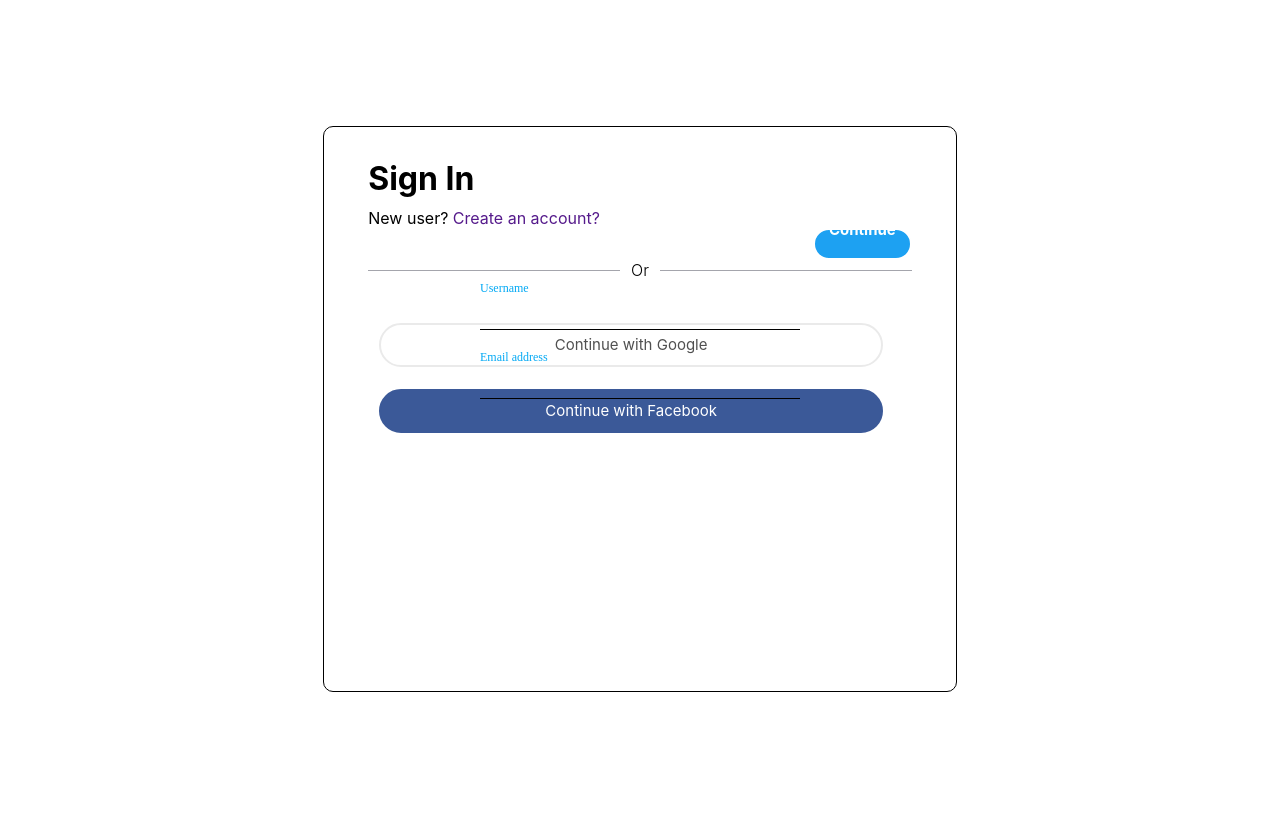
Repository: thangluu93/WereWolf
Page: Template/signIn.html
An editor plug-in stored every save of this project. The page is shown before and after the next save, followed by the edit.
The browser window is 1280 px wide. The pictures show the whole page.

Above is the page before, as saved 2020-01-13 16:43:39.

After the next save:
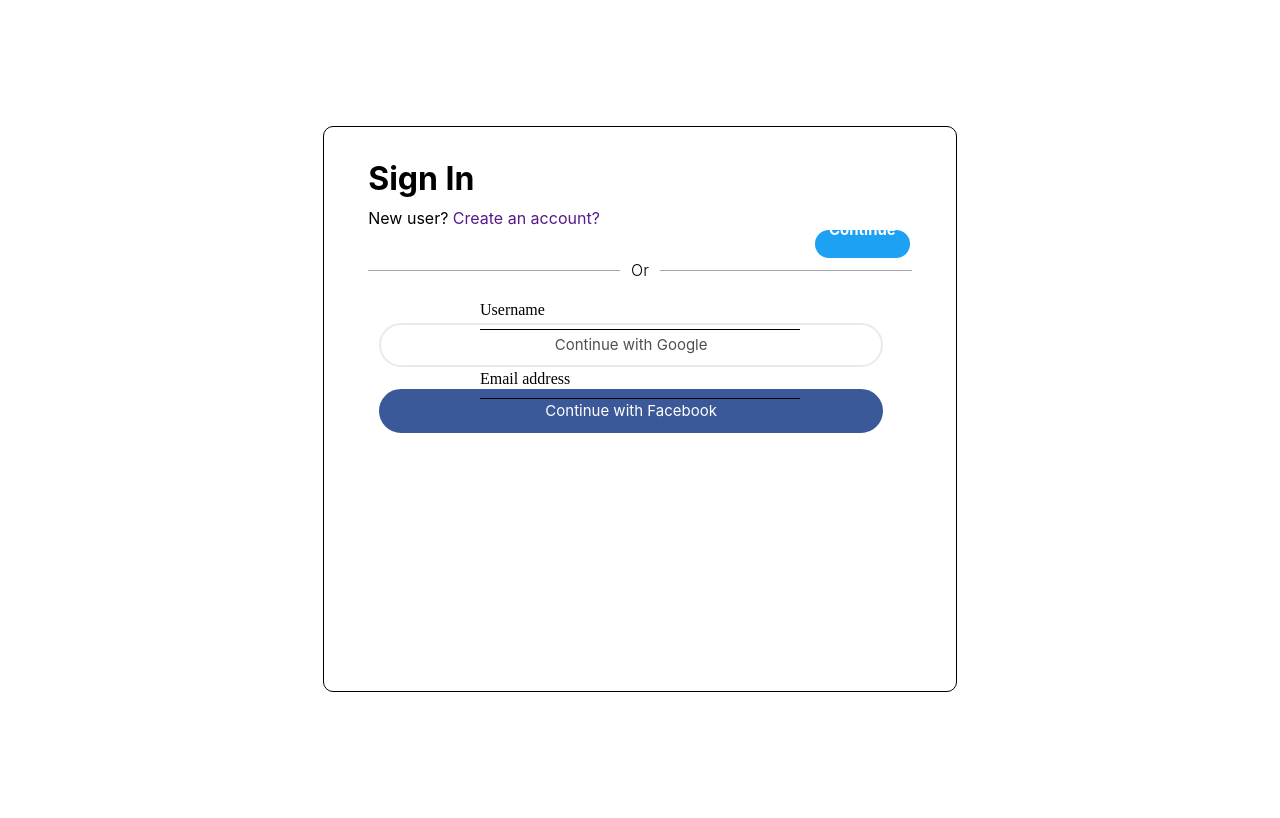
Saved 52 s later.
--- a/Stylesheet/signInStyle.css
+++ b/Stylesheet/signInStyle.css
@@ -226,7 +226,7 @@
     transition: 1s;
 }
 
-.box .inputBox .field:valid ~ label, .box .inputBox .field:focus ~ label {
+.box .inputBox label:valid ~ .field, .box .inputBox .field:focus ~ label {
     top: -20px;
     left: 0;
     color: #03a9f4;

After the 5 saves that followed:
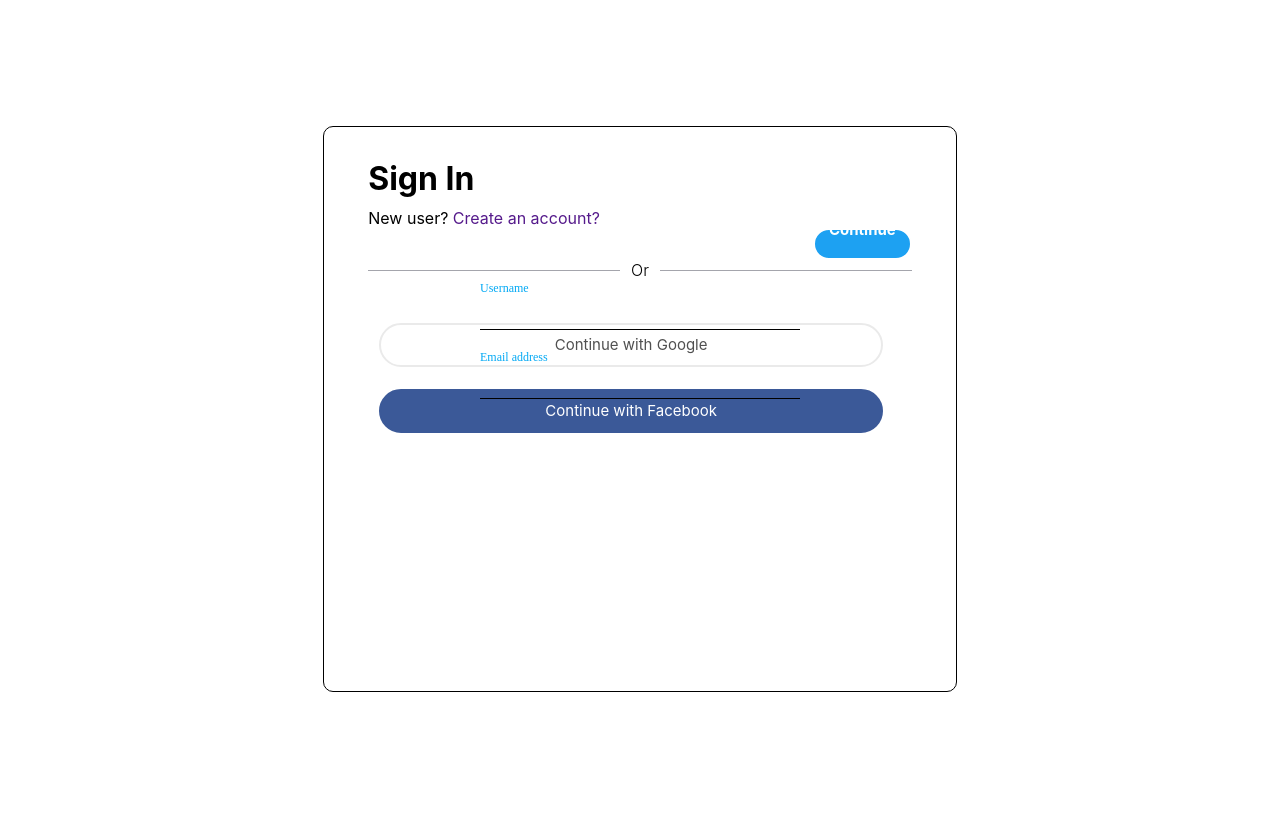
The 5 saves are shown as one change because 4 left the picture as it was.
The last was saved 2 min 0 s later.
--- a/Stylesheet/signInStyle.css
+++ b/Stylesheet/signInStyle.css
@@ -226,7 +226,7 @@
     transition: 1s;
 }
 
-.box .inputBox label:valid ~ .field, .box .inputBox .field:focus ~ label {
+.box .inputBox .field:valid ~ label,.box .inputBox .field:focus ~ label{
     top: -20px;
     left: 0;
     color: #03a9f4;
